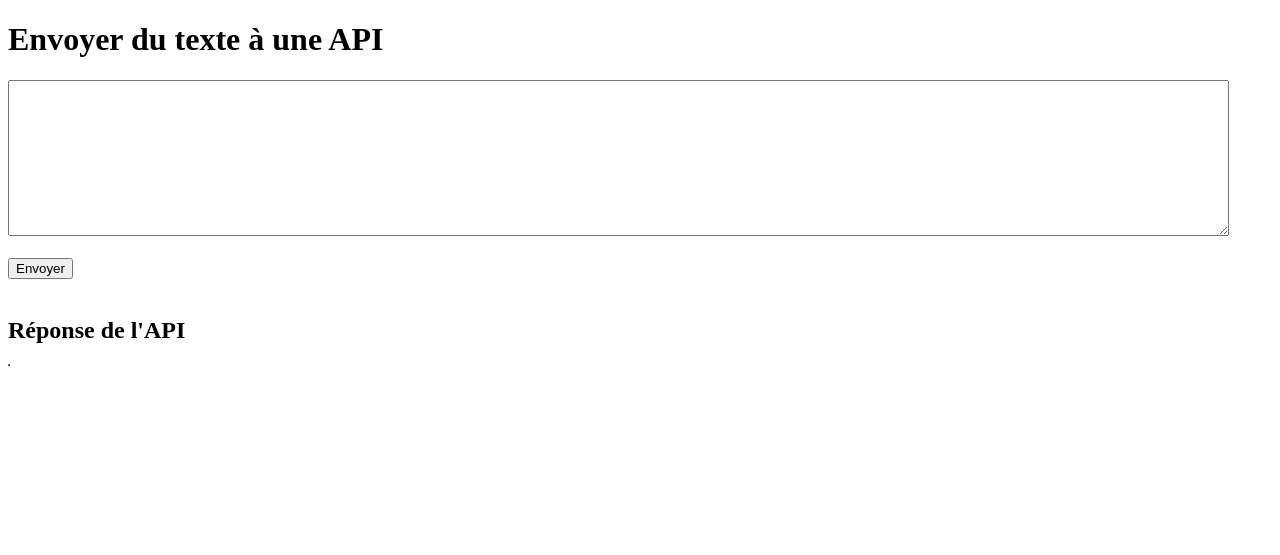
Repository: Dispasim/API2
Page: http://localhost/test4/
An editor plug-in stored every save of this project. The page is shown before and after the next save, followed by the edit.
The browser window is 1280 px wide. The pictures show the whole page.
The page is served by the project's application, run on Django 4.2 (manage.py). Other server files are loaded and not shown.

Above is the page before, as saved 2023-11-16 23:00:55.

### templates/projet/test4.html
<!DOCTYPE html>
<html lang="en">
<head>
  <meta charset="UTF-8">
  <title>Envoyer du texte à une API et afficher la réponse</title>
</head>
<body>
  <h1>Envoyer du texte à une API</h1>
  <textarea id="textToSend" rows="10" cols="150"></textarea><br><br>
  <button onclick="envoyerTexteAPI()">Envoyer</button><br><br>

  <h2>Réponse de l'API</h2>
  <div id="responseTable"></div>

<table border="1">
    <thead>
      <tr id="keysRow"></tr>
    </thead>
    <tbody>
      <tr id="valuesRow"></tr>
    </tbody>
</table>

  <script>
    function afficherReponse(reponse) {
      const responseTable = document.getElementById('responseTable');
      responseTable.innerHTML = ''; // Effacer le contenu précédent

      if (reponse.length === 0) {
        responseTable.innerHTML = 'Aucune donnée disponible.';
        return;
      }
        var keysRow = document.getElementById('keysRow');
    var valuesRow = document.getElementById('valuesRow');
    var keysArray = [];
    var valuesArray = [];
    for (var key in reponse) {
    keysArray.push('<th>' + key + '</th>');
    valuesArray.push('<td>' + reponse[key] + '</td>');
  }
  keysRow.innerHTML = keysArray.join('');
  valuesRow.innerHTML = valuesArray.join('');

/*
      const table = document.createElement('table');
      table.border = '1';

      // En-tête du tableau avec les clés du premier élément

      const keys = Object.keys(reponse);
      const thead = document.createElement('thead');
      const trHead = document.createElement('tr');
      keys.forEach(key => {
        //const th = document.createElement('th');
        th.textContent = key;
        //trHead.appendChild(th);
        trHead.appendChild(response[key])
      });
      thead.appendChild(trHead);
      table.appendChild(thead);

      // Corps du tableau avec les données
      const tbody = document.createElement('tbody');
      reponse.forEach(item => {
        const tr = document.createElement('tr');
        keys.forEach(key => {
          const td = document.createElement('td');
          td.textContent = item[key];
          tr.appendChild(td);
        });
        tbody.appendChild(tr);
      });
      table.appendChild(tbody);

      responseTable.appendChild(table);
      */

    }

    function envoyerTexteAPI() {
      const texte = document.getElementById('textToSend').value;
      const data = { text: texte };

      fetch('http://127.0.0.1:8000/api/transform', {
        method: 'POST',
        headers: {
          'Content-Type': 'application/json'
        },
        body: JSON.stringify(data)
      })
      .then(response => {
        if (response.ok) {
          return response.json();
        }
        throw new Error('Échec de la requête');
      })
      .then(data => {
        console.log('Données reçues de l\'API :', data);
        afficherReponse(data);
      })
      .catch(error => {
        console.error('Erreur :', error);
        // Gérer les erreurs d'envoi
      });
    }
  </script>
</body>
</html>

### core/urls.py

from django.contrib import admin
from django.urls import path, include

urlpatterns = [
    path('admin/', admin.site.urls),
    path('',include('projet.urls', namespace='projet')),
    path('api/',include('projet_api.urls', namespace='projet_api'))
]

### projet/urls.py
from django.urls import path
from django.views.generic import TemplateView
from .views import test
from .views import create_subtrade

app_name = 'projet'

urlpatterns = [

    #path('test/',TemplateView.as_view(template_name="projet/test.html")),
    path("test/", test, name="index"),
    path('', create_subtrade, name='create_subtrade'),
    path('test2/',TemplateView.as_view(template_name="projet/test2.html")),
    path('test3/',TemplateView.as_view(template_name="projet/test3.html")),
    path('test4/',TemplateView.as_view(template_name="projet/test4.html")),
]

### projet_api/urls.py
from django.urls import path
from .views import OrderList, OrderDetail,ApplyIaView


app_name = 'projet_api'

urlpatterns = [
    path('<int:pk>/',OrderDetail.as_view(),name='detailcreate'),
    path('',OrderList.as_view(), name='listcreate'),
    path("transform", ApplyIaView.as_view(), name="transform"),
]

After the next save:
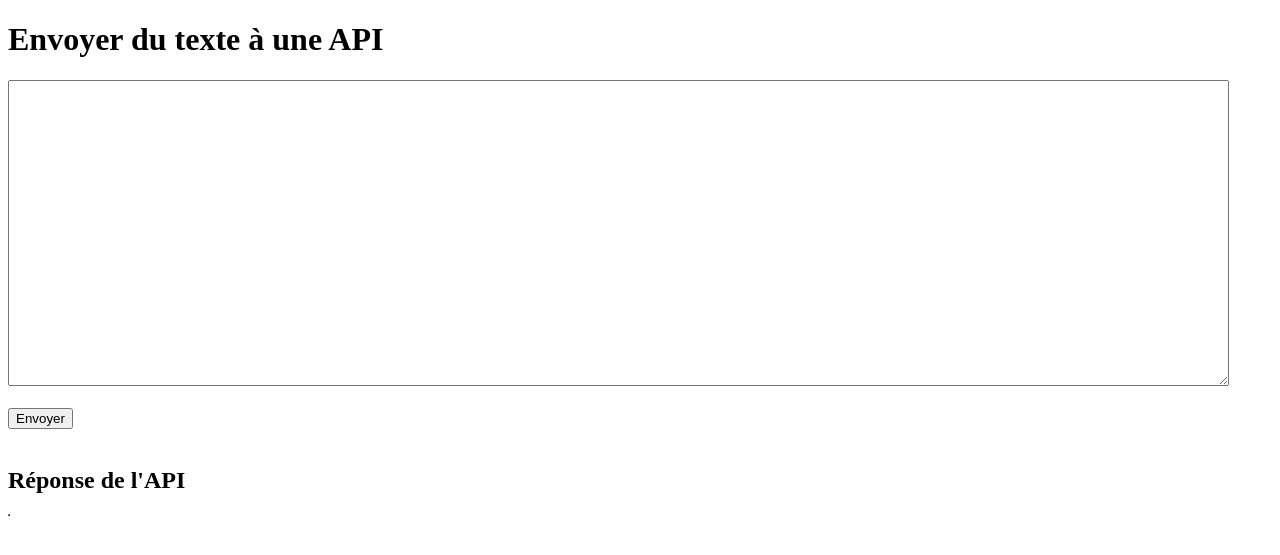
Saved 12 s later.
--- a/templates/projet/test4.html
+++ b/templates/projet/test4.html
@@ -6,7 +6,7 @@
 </head>
 <body>
   <h1>Envoyer du texte à une API</h1>
-  <textarea id="textToSend" rows="10" cols="150"></textarea><br><br>
+  <textarea id="textToSend" rows="20" cols="150"></textarea><br><br>
   <button onclick="envoyerTexteAPI()">Envoyer</button><br><br>
 
   <h2>Réponse de l'API</h2>
